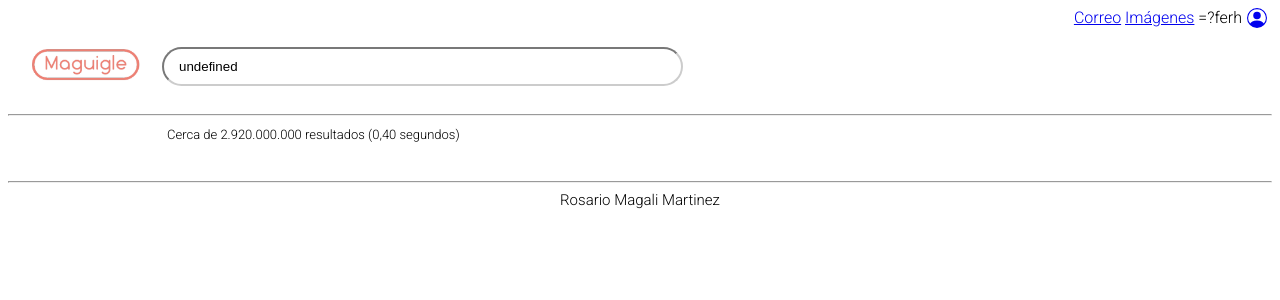
Repository: Rmmartinez/maguigle
Page: maguigle/src/main/resources/static/resultados.html
The author's editor kept a copy of each file at every save. The page is drawn from the files as they stood at one save, then again after the next save.
The browser window is 1280 px wide. The pictures show the whole page.
The page's requests for data from a server got no answer.

Above is the page before, as saved 2023-07-31 14:28:26.

### maguigle/src/main/resources/static/resultados.html
<!DOCTYPE html>
<html lang="en">
<head>
    <meta charset="UTF-8">
    <meta http-equiv="X-UA-Compatible" content="IE=edge">
    <meta name="viewport" content="width=device-width, initial-scale=1.0">
    <title>Maguigle</title>
    <link rel = "stylesheet" href="style.css"/>
    <link rel="preconnect" href="https://fonts.googleapis.com">
<link rel="preconnect" href="https://fonts.gstatic.com" crossorigin>
<link href="https://fonts.googleapis.com/css2?family=Roboto:wght@300&display=swap" rel="stylesheet">
</head>
<body>
    <div id = "main-resultados">
    <div style="text-align: right; padding-right:30px;">
		<span>
			<a href="https://mail.google.com/">Correo</a>
		<hn>
		<span>
			<a href="#">Imágenes</a>
		=?ferh</span>
		<span style="position: absolute; top: 7.5px; margin-left: 5px;">
			<a href="#">
				<svg xmlns="http://www.w3.org/2000/svg" width="20" height="20" fill="currentColor" class="bi bi-person-circle" viewBox="0 0 16 16">
				  <path d="M11 6a3 3 0 1 1-6 0 3 3 0 0 1 6 0z"/>
				  <path fill-rule="evenodd" d="M0 8a8 8 0 1 1 16 0A8 8 0 0 1 0 8zm8-7a7 7 0 0 0-5.468 11.37C3.242 11.226 4.805 10 8 10s4.757 1.225 5.468 2.37A7 7 0 0 0 8 1z"/>
				</svg>
			</a>
		</span>
	</div>
        <img id = "logo-resultados" src="img/logo.png"/>
        <input id = "buscador-resultados" type="text"/>

        <hr/>
        <div id="resultados">
            <span class="total-resultados">
                Cerca de 2.920.000.000 resultados (0,40 segundos)
            </span>
            <div id = "links">

            </div>
        </div>
        <hr/>


    </div>
    <div class="footer">
    	<span>
           Rosario Magali Martinez
        </span>
    </div>

<script>
    let aux = document.location.href.split('?query=');
    let query = aux[1];
    document.getElementById("buscador-resultados").value = query;

    fetch('http://localhost:8080/api/search?query='+query)
    .then(response => response.json())
    .then(json =>{
        console.log(json);
        let html = '';
        for(let resultadoBusqueda of json){
            html += getResultados(resultadoBusqueda);
        }
        document.getElementById("links").outerHTML = html;
    });

    function getResultados(resultadoBusqueda){

        return `<div class="resultado">
                <h3><a href="${resultadoBusqueda.url}">${resultadoBusqueda.title}</a></h3>
                <span>${resultadoBusqueda.description}</span>
            </div>`;
    }
</script>

</body>
</html>

### maguigle/src/main/resources/static/style.css
body{
    font-family: 'Roboto', sans-serif;
}


#main{
    width: 500px;
    margin: auto;
    text-align: center;
}


#main-resultados{
    margin: auto;
}

#logo{
    width:300px;
    padding-top: 30px;
}

#logo-resultados{
    width:110px;
    position: absolute;
    left: 30px;
    top: 46px;
}

.buscador{
    width: 100%;
    margin: 20px 0px;
    height: 33px;
    border-radius: 25px;
    border-color: #CCC;
    padding-left: 15px;
}

input {
  width: 100%;
  margin: 20px 0px;
  height: 33px;
  border-radius: 25px;
  border-color: #CCC;
  padding-left: 15px;
}

#buscador-resultados{
    width: 500px;
    margin: 20px 0px;
    margin-left: 154px;
    height: 33px;
    border-radius: 25px;
    border-color: #CCC;
    padding-left: 15px;
}

button{
    padding: 7px 15px;
}


#resultados{
    max-width: 600px;
    margin-left: 159px;
    padding-bottom: 30px;
}

.resultado h3{
    color: #0272d3;
    margin-bottom: 4px;

}

.total-resultados{
    font-size: 13px;
}

.footer{
	font-size: 15px;
	text-align: center;
}

After the next save:
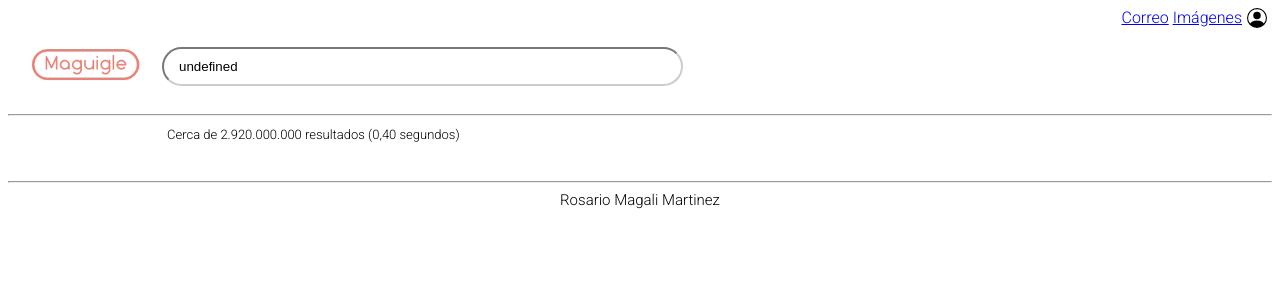
Saved 7 min 7 s later.
--- a/maguigle/src/main/resources/static/resultados.html
+++ b/maguigle/src/main/resources/static/resultados.html
@@ -18,10 +18,10 @@
 		<hn>
 		<span>
 			<a href="#">Imágenes</a>
-		=?ferh</span>
+		</span>
 		<span style="position: absolute; top: 7.5px; margin-left: 5px;">
 			<a href="#">
-				<svg xmlns="http://www.w3.org/2000/svg" width="20" height="20" fill="currentColor" class="bi bi-person-circle" viewBox="0 0 16 16">
+				<svg xmlns="http://www.w3.org/2000/svg" width="20" height="20" fill="currentColor" style="color:black;" class="bi bi-person-circle" viewBox="0 0 16 16">
 				  <path d="M11 6a3 3 0 1 1-6 0 3 3 0 0 1 6 0z"/>
 				  <path fill-rule="evenodd" d="M0 8a8 8 0 1 1 16 0A8 8 0 0 1 0 8zm8-7a7 7 0 0 0-5.468 11.37C3.242 11.226 4.805 10 8 10s4.757 1.225 5.468 2.37A7 7 0 0 0 8 1z"/>
 				</svg>
